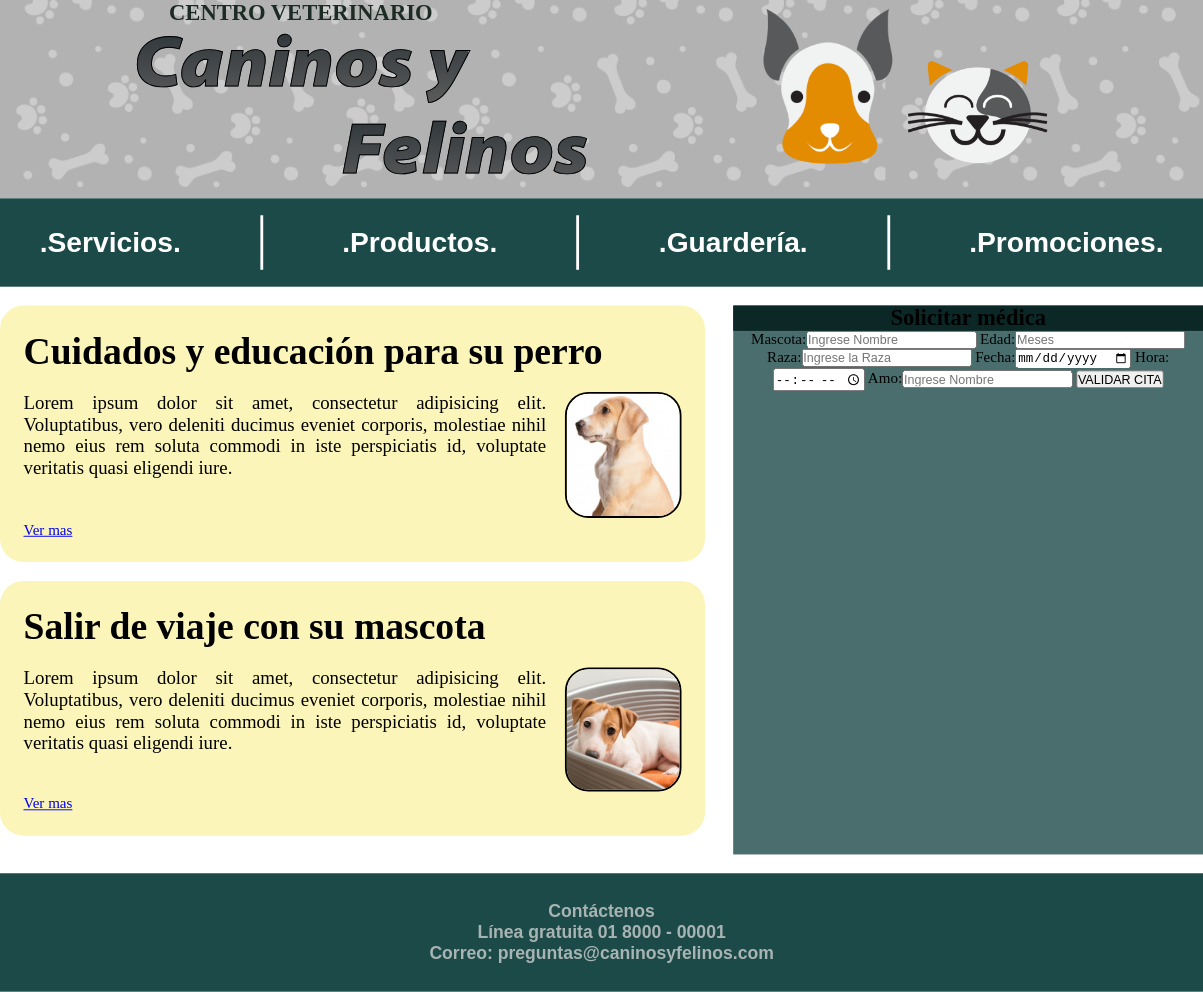
Repository: mariomr87/senaweb01
Page: principal.html
The author's editor kept a copy of each file at every save. The page is drawn from the files as they stood at one save, then again after the next save.
The browser window is 1280 px wide. The pictures show the whole page, at 94% of full size.

Above is the page before, as saved 2021-10-23 11:12:26.

After the next save:
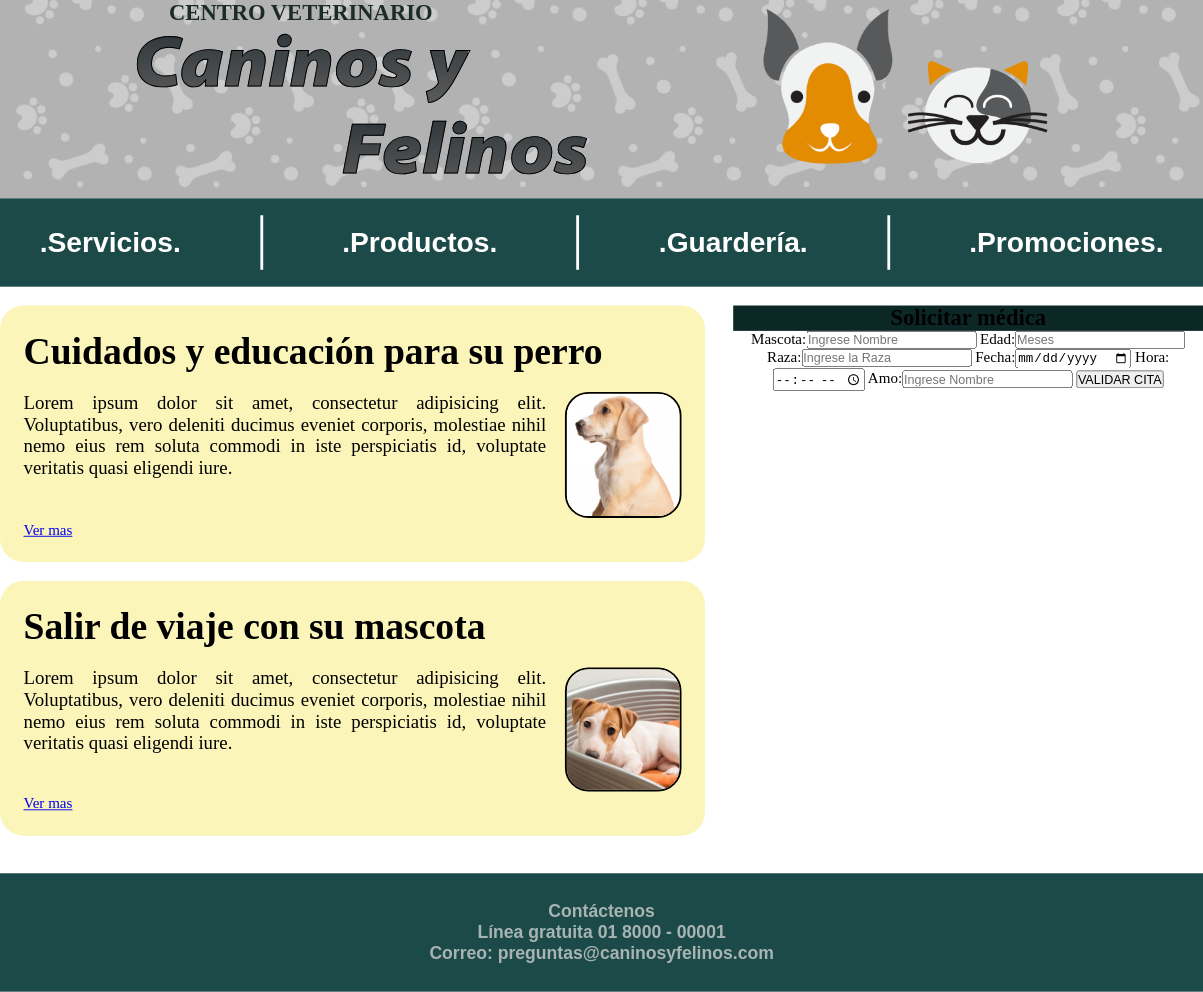
Saved 90 s later.
--- a/estilos.css
+++ b/estilos.css
@@ -112,7 +112,7 @@
 }
 
 aside{
-    display: block;
+    display:inline-block
     background: #496e6d;
     width: 40%;
     text-align: center;

After the save that followed:
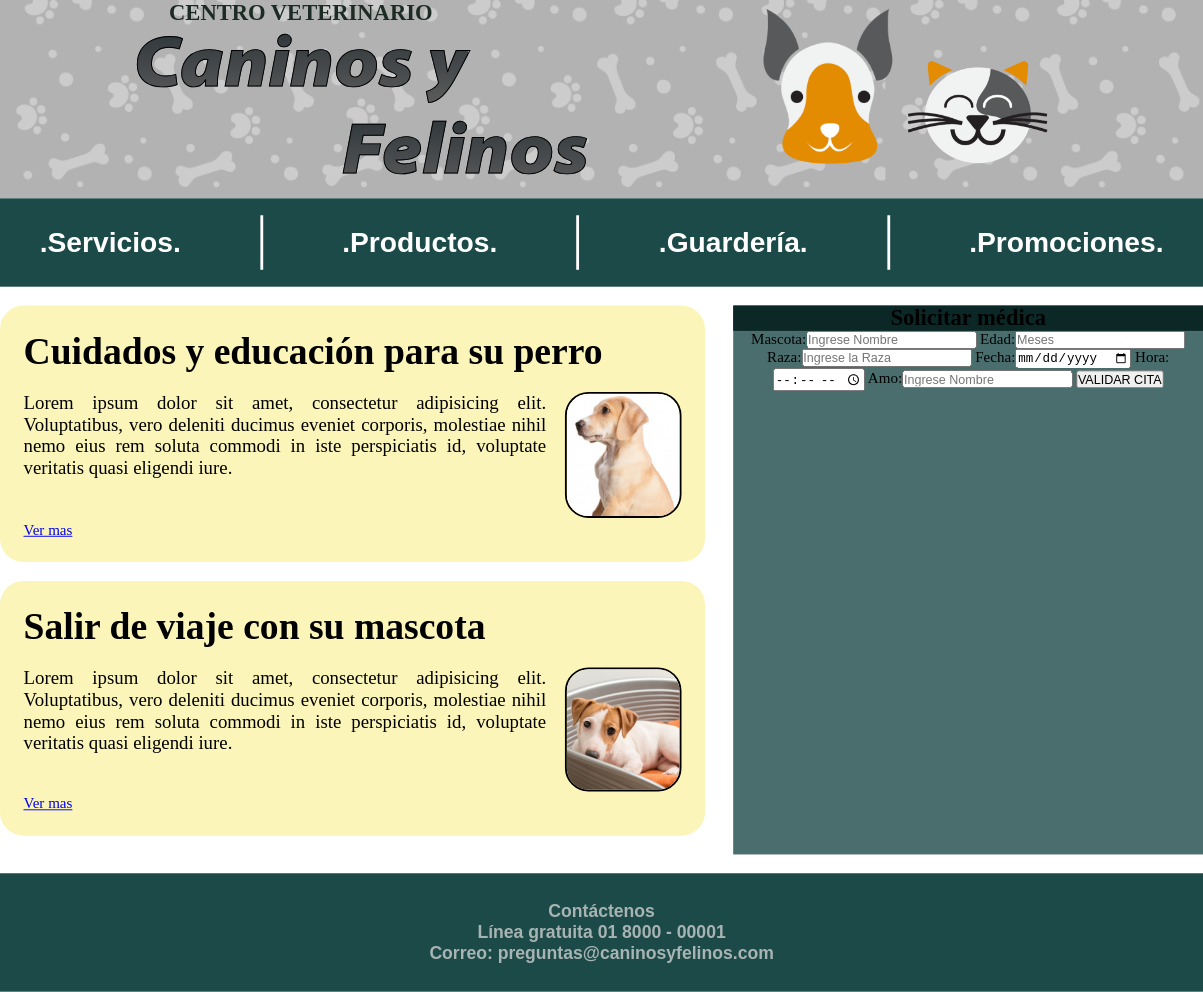
Saved 6 s later.
--- a/estilos.css
+++ b/estilos.css
@@ -112,7 +112,7 @@
 }
 
 aside{
-    display:inline-block
+    display:inline-block;
     background: #496e6d;
     width: 40%;
     text-align: center;
